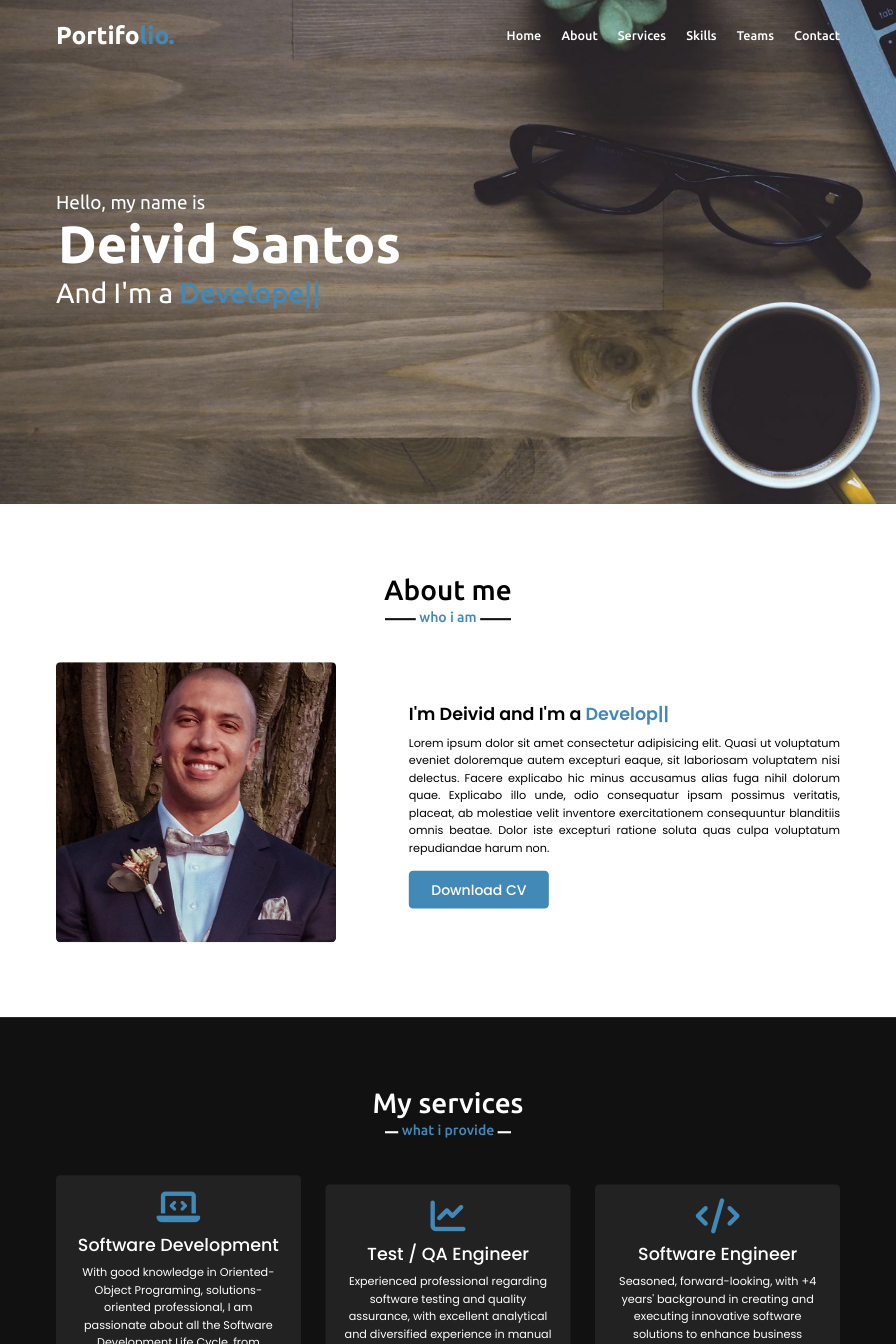
Repository: deividwsantoss/portfolio
Page: index.html
The author's editor kept a copy of each file at every save. The page is drawn from the files as they stood at one save, then again after the next save.
The browser window is 1280 px wide. The pictures show the part of the page from y = 0 to 1920 px (the page is 4136 px tall), at 70% of full size.
Some web libraries are served in a nearby version.

Above is the page before, as saved 2021-03-02 09:58:08.

### index.html
<!DOCTYPE html>
<html lang="en">
    <head>
        <meta charset="UTF-8">
        <meta name="viewport" content="width=device-width, initial-scale=1.0">
       <title>Deivid Santos Portfolio</title>
        <link rel="stylesheet" href="/Content/style.css">
        <script src="https://kit.fontawesome.com/a076d05399.js"></script>
        <script  src="https://code.jquery.com/jquery-3.5.1.min.js"></script>
        <script src="https://cdnjs.cloudflare.com/ajax/libs/typed.js/2.0.11/typed.min.js"></script>
        <script src="https://cdnjs.cloudflare.com/ajax/libs/waypoints/4.0.1/jquery.waypoints.min.js"></script>
        <script src="https://cdnjs.cloudflare.com/ajax/libs/OwlCarousel2/2.3.4/owl.carousel.min.js"></script>
        <link rel="stylesheet" href="https://cdnjs.cloudflare.com/ajax/libs/OwlCarousel2/2.3.4/assets/owl.carousel.min.css"/>
    </head>
<body>
    <nav class="navbar">
        <div class="max-width">
            <div class="logo"><a href="#">Portifo<span>lio.</span></a></div>
            <ul class="menu">
                <li><a href="#home" class="menu-btn">Home</a></li>
                <li><a href="#about" class="menu-btn">About</a></li>
                <li><a href="#services" class="menu-btn">Services</a></li>
                <li><a href="#skills" class="menu-btn">Skills</a></li>
                <li><a href="#teams" class="menu-btn">Teams</a></li>
                <li><a href="#contact" class="menu-btn">Contact</a></li>
            </ul>
            <div class="menu-btn">
                <i class="fas fa-bars"></i>
            </div>
        </div>
    </nav>

    <!-- Home Section Start -->
    <section class="home" id="home">
        <div class="max-width">
            <div class="home-content">
                <div class="text-1">Hello, my name is </div>
                <div class="text-2">Deivid Santos</div>
                <div class="text-3">And I'm a  <span class="typing"></span></div>
            </div>
        </div>
    </section>
<!-- about section start -->
<section class="about" id="about">
    <div class="max-width">
        <h2 class="title">About me</h2>
        <div class="about-content">
            <div class="column left">
                <img src="images/profile-1.jpeg" alt="">
            </div>
            <div class="column right">
                <div class="text">I'm Deivid and I'm a <span class="typing-2"></span></div>
                <p>Lorem ipsum dolor sit amet consectetur adipisicing elit. Quasi ut voluptatum eveniet doloremque autem excepturi eaque, sit laboriosam voluptatem nisi delectus. Facere explicabo hic minus accusamus alias fuga nihil dolorum quae. Explicabo illo unde, odio consequatur ipsam possimus veritatis, placeat, ab molestiae velit inventore exercitationem consequuntur blanditiis omnis beatae. Dolor iste excepturi ratione soluta quas culpa voluptatum repudiandae harum non.</p>
                <a href="#">Download CV</a>
            </div>
        </div>
    </div>
</section>
  <!-- services section start -->
  <section class="services" id="services">
    <div class="max-width">
        <h2 class="title">My services</h2>
        <div class="serv-content">
            <div class="card">
                <div class="box">
                    <i class="fas fa-laptop-code"></i>
                    <div class="text">Software Development</div>
                    <p>With good knowledge in Oriented-Object Programing, solutions-oriented professional, I am passionate about all the Software Development Life Cycle, from extensive analysis and design though execution and maintenance. </p>
                </div>
            </div>
            <div class="card">
                <div class="box">
                    <i class="fas fa-chart-line"></i>
                    <div class="text">Test / QA Engineer</div>
                    <p>Experienced professional regarding software testing and quality assurance, with excellent analytical and diversified experience in manual and automated testing of web-based and client/server application.               &nbsp</p>
                </div>
            </div>
            <div class="card">
                <div class="box">
                    <i class="fas fa-code"></i>
                    <div class="text">Software Engineer</div>
                    <p>Seasoned, forward-looking, with +4 years' background in creating and executing innovative software solutions to enhance business productivity. Able to work in a fast-paced, deadline-driven environment.</p>
                </div>
            </div>
           </div>
        </div>
    </div>
</section>

<!-- skills section start -->
<section class="skills" id="skills">
    <div class="max-width">
        <h2 class="title">My skills</h2>
        <div class="skills-content">
            <div class="column left">
                <div class="text">My creative skills & experiences.</div>
                <p>Lorem ipsum dolor sit amet consectetur adipisicing elit. Dignissimos, ratione error est recusandae consequatur, iusto illum deleniti quidem impedit, quos quaerat quis minima sequi. Cupiditate recusandae laudantium esse, harum animi aspernatur quisquam et delectus ipsum quam alias quaerat? Quasi hic quidem illum. Ad delectus natus aut hic explicabo minus quod.</p>
                <a href="#">Read more</a>
            </div>
            <div class="column right">
                <div class="bars">
                    <div class="info">
                        <span>Oriented-Programming</span>
                        <span>90%</span>
                    </div>
                    <div class="line html"></div>
                </div>
                <div class="bars">
                    <div class="info">
                        <span>Front-end</span>
                        <span>60%</span>
                    </div>
                    <div class="line css"></div>
                </div>
                <div class="bars">
                    <div class="info">
                        <span>Back-end</span>
                        <span>80%</span>
                    </div>
                    <div class="line js"></div>
                </div>
                <div class="bars">
                    <div class="info">
                        <span>Agile Methodologies</span>
                        <span>50%</span>
                    </div>
                    <div class="line php"></div>
                </div>
                <div class="bars">
                    <div class="info">
                        <span>Databases (SQL / NoSQL)</span>
                        <span>70%</span>
                    </div>
                    <div class="line mysql"></div>
                </div>
            </div>
        </div>
    </div>
</section>

<!-- speaking section start -->
<section class="teams" id="teams">
    <div class="max-width">
        <h2 class="title">My Languages</h2>
        <div class="carousel owl-carousel">
            <div class="card">
                <div class="box">
                    <img src="images/brazil.jpg" alt="">
                    <div class="text">Portuguese - Mother Language</div>
                    <p>I am Originally from Rio de Janeiro - Brazil and built-in with Portuguese language.                                               </p>
                </div>
            </div>
            <div class="card">
                <div class="box">
                    <img src="images/usa.png" alt="">
                    <div class="text">English - Fluent</div>
                    <p>A few years studying english and the opportunity of living in the USA and Canada had turn my english to a fluent level.   </p>
                </div>
            </div>
            <div class="card">
                <div class="box">
                    <img src="images/depositphotos_5100716-stock-illustration-spain-flag-icon.jpg" alt="">
                    <div class="text">Spanish - Basic</div>
                    <p>Learned in high-school only, however, since Portuguese is quite similar I am able to understand it quite well.                       </p>
                </div>
            </div>
            <div class="card">
                <div class="box">
                    <img src="images/germany.jpg" alt="">
                    <div class="text">German - Basic</div>
                    <p>Studied the basics in a Deutsche-School, however, I am still learning and practicing the language in a daily-basis.                 </div>
            </div>
            <div class="card">
                <div class="box">
                    <img src="images/switzerland.jpg" alt="">
                    <div class="text">Swiss-German</div>
                    <p>Since I am currently living in Luzern-Switzerland and married to a Swiss woman, I am able to hear a lot more of language. </p>
                </div>
            </div>
        </div>
    </div>
</section>

<!-- contact section start -->
<section class="contact" id="contact">
    <div class="max-width">
        <h2 class="title">Contact me</h2>
        <div class="contact-content">
            <div class="column left">
                <div class="text">Get in Touch</div>
                <p>Lorem, ipsum dolor sit amet consectetur adipisicing elit. Dignissimos harum corporis fuga corrupti. Doloribus quis soluta nesciunt veritatis vitae nobis?</p>
                <div class="icons">
                    <div class="row">
                        <i class="fas fa-user"></i>
                        <div class="info">
                            <div class="head">Name</div>
                            <div class="sub-title">Deivid Santos</div>
                        </div>
                    </div>
                    <div class="row">
                        <i class="fas fa-map-marker-alt"></i>
                        <div class="info">
                            <div class="head">Address</div>
                            <div class="sub-title">Luzern, Switzerland</div>
                        </div>
                    </div>
                    <div class="row">
                        <i class="fas fa-envelope"></i>
                        <div class="info">
                            <div class="head">Email</div>
                            <div class="sub-title">deivid.w.santos@gmail.com</div>
                        </div>
                    </div>
                </div>
            </div>
            <div class="column right">
                <div class="text">Message me</div>
                <form action="#">
                    <div class="fields">
                        <div class="field name">
                            <input type="text" placeholder="Name" required>
                        </div>
                        <div class="field email">
                            <input type="email" placeholder="Email" required>
                        </div>
                    </div>
                    <div class="field">
                        <input type="text" placeholder="Subject" required>
                    </div>
                    <div class="field textarea">
                        <textarea cols="30" rows="10" placeholder="Message.." required></textarea>
                    </div>
                    <div class="button">
                        <button type="submit">Send message</button>
                    </div>
                </form>
            </div>
        </div>
    </div>
</section>

<!-- footer section start -->
<footer>
    <span>Created By Deivid Santos | <span class="far fa-copyright"></span> 2021 All rights reserved.</span>
</footer>

<script src="script.js"></script>
</body>
</html>
    <script src="/Scripts/script.js" type="text/javascript"></script>
</body>
</html>

Loaded but not shown: Scripts/script.js (72 lines, source omitted); Content/style.css (673 lines, source omitted)

After the next save:
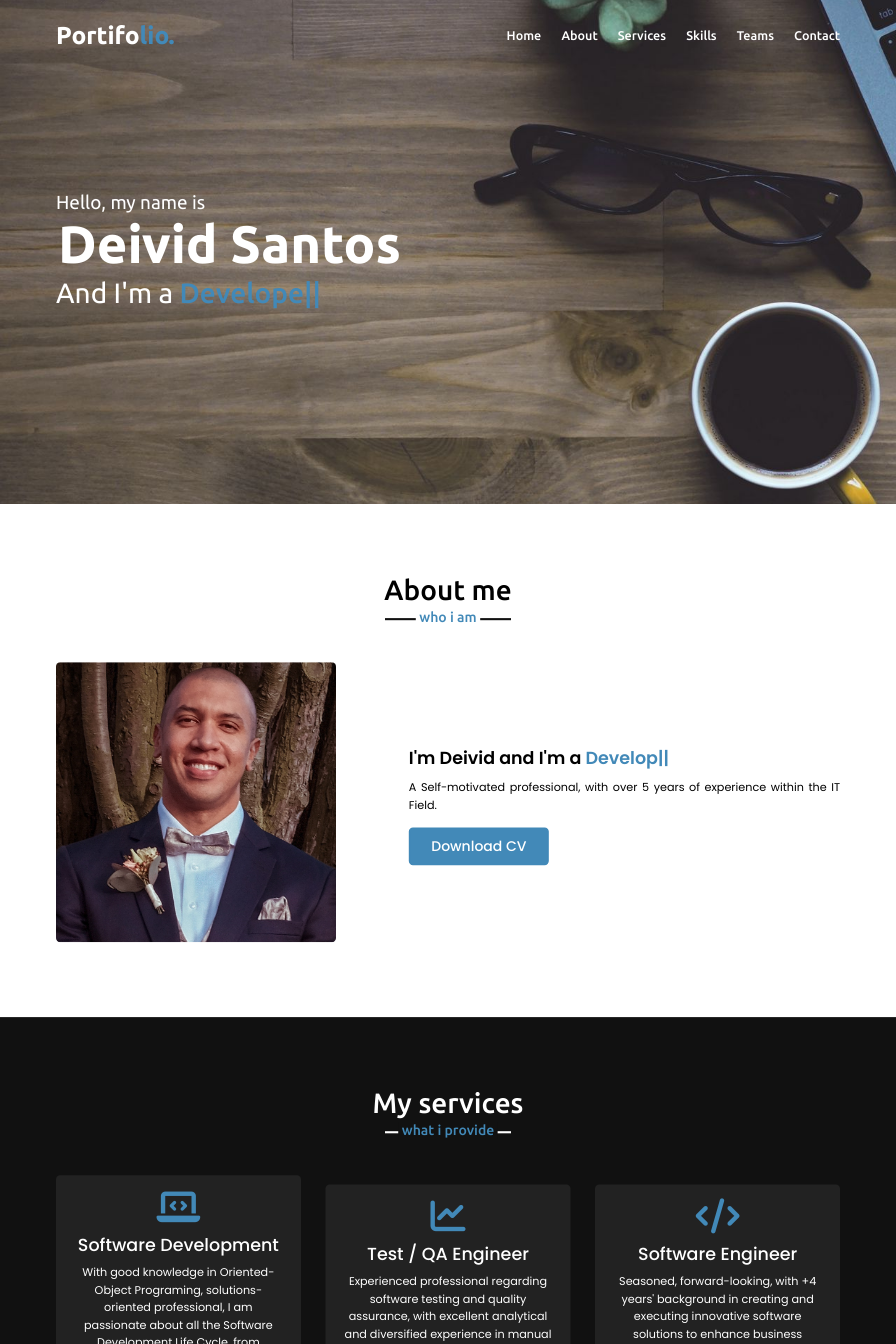
Saved 7 min 7 s later.
--- a/index.html
+++ b/index.html
@@ -50,7 +50,7 @@
             </div>
             <div class="column right">
                 <div class="text">I'm Deivid and I'm a <span class="typing-2"></span></div>
-                <p>Lorem ipsum dolor sit amet consectetur adipisicing elit. Quasi ut voluptatum eveniet doloremque autem excepturi eaque, sit laboriosam voluptatem nisi delectus. Facere explicabo hic minus accusamus alias fuga nihil dolorum quae. Explicabo illo unde, odio consequatur ipsam possimus veritatis, placeat, ab molestiae velit inventore exercitationem consequuntur blanditiis omnis beatae. Dolor iste excepturi ratione soluta quas culpa voluptatum repudiandae harum non.</p>
+                <p>A Self-motivated professional, with over 5 years of experience within the IT Field.    </p>
                 <a href="#">Download CV</a>
             </div>
         </div>
